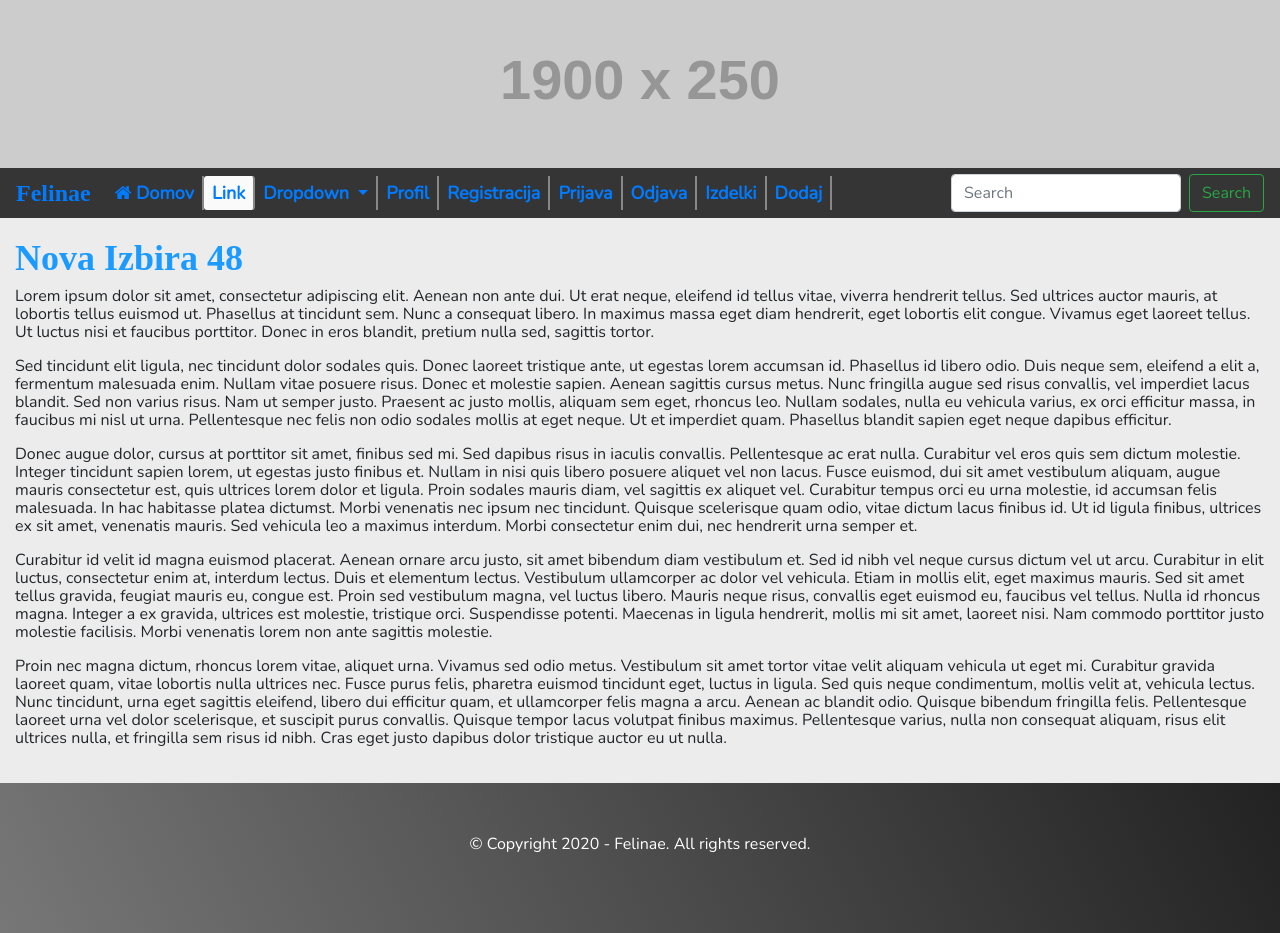
Repository: UrbyK/Felinae
Page: http://localhost/index.php?page=home
These files come from the project's save history. The page is drawn as it stood at one moment and after the next save; the edit follows.
The browser window is 1280 px wide. The pictures show the whole page.
Some web fonts or font styles are not loaded; a fallback is used. The page is run by PHP 8.4 with error messages shown; the project is at /var/www/html/.

Above is the page before, as saved 2020-08-29 18:28:52.

### index.php
<?php
    session_start();

    include './functions.php';

    $pdo = pdo_connect_mysql();

    $_GET   = filter_input_array(INPUT_GET, FILTER_SANITIZE_STRING);
    $_POST  = filter_input_array(INPUT_POST, FILTER_SANITIZE_STRING);

    $page = isset($_GET['page']) && file_exists($_GET['page']. '.php') ? $_GET['page'] : 'home';
    include $page . '.php';

    template_footer();

?>

### functions.php
<?php
    include './includes/dbh.inc.php';

    include_once('./includes/search-functions.php');
    include_once('./includes/picture-upload.inc.php');

    function template_header($title){
        include_once('./header.php');
    }

    function template_footer(){
        include_once('./footer.php');
    }


    function countries(){
        $pdo = pdo_connect_mysql();
        $stmt = $pdo->prepare("SELECT * FROM country");
        $stmt->execute();
        $result = $stmt->fetchAll(PDO::FETCH_ASSOC);
        return $result;
    }

    function slugify($string){
        return strtolower(trim(preg_replace('/[^A-Za-z0-9-]+/', '-', $string), '-'));
    }

    function get_image($product_id){
        $pdo = pdo_connect_mysql();
        $stmt = $pdo->prepare("SELECT * FROM product_image WHERE product_id = ?");
        $stmt->execute([$product_id]);
        $result = $stmt->fetchAll(PDO::FETCH_ASSOC);
        return $result;
    }

    function retail_price($product_id){
        $pdo = pdo_connect_mysql();
        $stmt = $pdo->prepare("SELECT * FROM product WHERE ID = ?");
        $stmt->execute([$product_id]);
        $product = $stmt->fetch();

        if($product['startsAt'] <= date('Y-m-d H:i:s') && date('Y-m-d H:i:s') <= $product['endsAt']){
            $retail_price = round($product['price']-($product['price']*($product['discount']/100)), 2);
        }
        else{
            $retail_price = $product['price'];
        }

        return $retail_price;

    }

?>

### includes/dbh.inc.php
<?php
    function pdo_connect_mysql(){
        /* credentials */
        $dbHost = 'localhost';
        $dbUser = 'root';
        $dbPass = '';
        $dbName = 'felinae';

        try{
            return new PDO('mysql:host=' . $dbHost . ';dbname=' . $dbName . ';charset=utf8', $dbUser, $dbPass);
        } catch (PDOException $exception) {
            // If there is an error with the connection, stop the script and display the error.
            die ('Failed to connect to database!'. $exception->getMessage());
        }
    }
?>

### includes/search-functions.php
<?php
    function get_city($pdo, $city, $postalCode, $country_id){

        $query = "SELECT * FROM city WHERE country_id = ? AND lower(city) LIKE lower(?) AND postalCode = ?";
        $stmt = $pdo->prepare($query);
        $stmt->execute([$country_id, $city, $postalCode]);
        return $stmt;
    }
?>

### includes/picture-upload.inc.php
<?php

    function image_upload($product_id, $url, $caption, $i){

        $pdo = pdo_connect_mysql();
        $target_dir = "./uploads/";
        $relative_dir = "./uploads/";

        $change_name = date("Y-m-d-h-i-s")."-".$product_id."-".basename($url);
        $change_name;
        $target_file = $target_dir . $change_name;
        $relative_file = $relative_dir . $change_name;

        $uploadOk = 1;
        $imageFileType = strtolower(pathinfo($target_file,PATHINFO_EXTENSION));

        if(isset($_POST["submit"])) {
            $check = getimagesize($_FILES["image"]["tmp_name"][$i]);
            if($check !== false) {
                //echo "File is an image - " . $check["mime"] . ".";
                $uploadOk = 1;
            } else {
                //echo "File is not an image.";
                $uploadOk = 0;
            }
        }

        if($imageFileType != "jpg" && $imageFileType != "png" && $imageFileType != "jpeg"
        && $imageFileType != "gif" ) {
            $uploadOk = 0;
        }

        if ($uploadOk == 1) {
            if (move_uploaded_file($_FILES["image"]["tmp_name"][$i], $target_file)) {
                //vse je ok, zapišem še v bazo
                $query = "INSERT INTO product_image(product_id, image, caption) VALUES (?,?,?)";
                $stmt = $pdo->prepare($query);
                $stmt->execute([$product_id, $relative_file, $caption]);
            }
        }
    }

?>

### home.php
<?=template_header('Home')?>
<div class="row">
    <h1>Nova Izbira 48</h1>
    <p>
    Lorem ipsum dolor sit amet, consectetur adipiscing elit. Aenean non ante dui. Ut erat neque, eleifend id tellus vitae, viverra hendrerit tellus. Sed ultrices auctor mauris, at lobortis tellus euismod ut. Phasellus at tincidunt sem. Nunc a consequat libero. In maximus massa eget diam hendrerit, eget lobortis elit congue. Vivamus eget laoreet tellus. Ut luctus nisi et faucibus porttitor. Donec in eros blandit, pretium nulla sed, sagittis tortor.
    </p>
    <p>
    Sed tincidunt elit ligula, nec tincidunt dolor sodales quis. Donec laoreet tristique ante, ut egestas lorem accumsan id. Phasellus id libero odio. Duis neque sem, eleifend a elit a, fermentum malesuada enim. Nullam vitae posuere risus. Donec et molestie sapien. Aenean sagittis cursus metus. Nunc fringilla augue sed risus convallis, vel imperdiet lacus blandit. Sed non varius risus. Nam ut semper justo. Praesent ac justo mollis, aliquam sem eget, rhoncus leo. Nullam sodales, nulla eu vehicula varius, ex orci efficitur massa, in faucibus mi nisl ut urna. Pellentesque nec felis non odio sodales mollis at eget neque. Ut et imperdiet quam. Phasellus blandit sapien eget neque dapibus efficitur.
    </p>
    <p>
    Donec augue dolor, cursus at porttitor sit amet, finibus sed mi. Sed dapibus risus in iaculis convallis. Pellentesque ac erat nulla. Curabitur vel eros quis sem dictum molestie. Integer tincidunt sapien lorem, ut egestas justo finibus et. Nullam in nisi quis libero posuere aliquet vel non lacus. Fusce euismod, dui sit amet vestibulum aliquam, augue mauris consectetur est, quis ultrices lorem dolor et ligula. Proin sodales mauris diam, vel sagittis ex aliquet vel. Curabitur tempus orci eu urna molestie, id accumsan felis malesuada. In hac habitasse platea dictumst. Morbi venenatis nec ipsum nec tincidunt. Quisque scelerisque quam odio, vitae dictum lacus finibus id. Ut id ligula finibus, ultrices ex sit amet, venenatis mauris. Sed vehicula leo a maximus interdum. Morbi consectetur enim dui, nec hendrerit urna semper et.
    </p>
    <p>
    Curabitur id velit id magna euismod placerat. Aenean ornare arcu justo, sit amet bibendum diam vestibulum et. Sed id nibh vel neque cursus dictum vel ut arcu. Curabitur in elit luctus, consectetur enim at, interdum lectus. Duis et elementum lectus. Vestibulum ullamcorper ac dolor vel vehicula. Etiam in mollis elit, eget maximus mauris. Sed sit amet tellus gravida, feugiat mauris eu, congue est. Proin sed vestibulum magna, vel luctus libero. Mauris neque risus, convallis eget euismod eu, faucibus vel tellus. Nulla id rhoncus magna. Integer a ex gravida, ultrices est molestie, tristique orci. Suspendisse potenti. Maecenas in ligula hendrerit, mollis mi sit amet, laoreet nisi. Nam commodo porttitor justo molestie facilisis. Morbi venenatis lorem non ante sagittis molestie.
    </p>
    <p>
    Proin nec magna dictum, rhoncus lorem vitae, aliquet urna. Vivamus sed odio metus. Vestibulum sit amet tortor vitae velit aliquam vehicula ut eget mi. Curabitur gravida laoreet quam, vitae lobortis nulla ultrices nec. Fusce purus felis, pharetra euismod tincidunt eget, luctus in ligula. Sed quis neque condimentum, mollis velit at, vehicula lectus. Nunc tincidunt, urna eget sagittis eleifend, libero dui efficitur quam, et ullamcorper felis magna a arcu. Aenean ac blandit odio. Quisque bibendum fringilla felis. Pellentesque laoreet urna vel dolor scelerisque, et suscipit purus convallis. Quisque tempor lacus volutpat finibus maximus. Pellentesque varius, nulla non consequat aliquam, risus elit ultrices nulla, et fringilla sem risus id nibh. Cras eget justo dapibus dolor tristique auctor eu ut nulla.
    </p>
</div>

<?=template_footer()?>

### header.php
<!DOCTYPE html>
<html>
    <head>
        <meta charset="utf-8" content="text/html"/>
        <meta name="viewport" content="width=device-width, intital-scale=1.0"/>

        <!-- JavaScript -->
        <script src="https://code.jquery.com/jquery-3.5.1.js" integrity="sha256-QWo7LDvxbWT2tbbQ97B53yJnYU3WhH/C8ycbRAkjPDc=" crossorigin="anonymous"></script>
        <!-- Boostrap -->
            <!-- CSS -->
        <link rel="stylesheet" href="https://stackpath.bootstrapcdn.com/bootstrap/4.5.0/css/bootstrap.min.css"
            integrity="sha384-9aIt2nRpC12Uk9gS9baDl411NQApFmC26EwAOH8WgZl5MYYxFfc+NcPb1dKGj7Sk" crossorigin="anonymous" />

            <!-- JavaScript -->
        <script src="https://stackpath.bootstrapcdn.com/bootstrap/4.5.0/js/bootstrap.bundle.min.js"
             integrity="sha384-1CmrxMRARb6aLqgBO7yyAxTOQE2AKb9GfXnEo760AUcUmFx3ibVJJAzGytlQcNXd" crossorigin="anonymous"></script>

        <!-- FONTAWESOME -->
        <link rel="stylesheet" href="https://stackpath.bootstrapcdn.com/font-awesome/4.7.0/css/font-awesome.min.css" integrity="sha384-wvfXpqpZZVQGK6TAh5PVlGOfQNHSoD2xbE+QkPxCAFlNEevoEH3Sl0sibVcOQVnN"
         crossorigin="anonymous">

         <script src="./js/active-menu.js" crossorigin="anonymous"></script>

         <!--CUSTOM CSS-->
         <link rel="stylesheet" href="./css/style.css">

        <title>Felinae</title>
    </head>

    <body>

        <header>
            <div class="banner"><img src="https://via.placeholder.com/1900x250" alt="banner"></div>
        </header>

       <!-- <nav class="navbar sticky-top navbar-expand-lg navbar-light bg-light ">-->
        <nav class="navbar sticky-top navbar-expand-lg">
            <a class="navbar-brand" href="#">Felinae</a>
            <button class="navbar-toggler ml-auto custom-toggler" type="button" data-toggle="collapse" data-target="#navbarSupportedContent" aria-controls="navbarSupportedContent" aria-expanded="false" aria-label="Toggle navigation">
                <span class="navbar-toggler-icon"></span>
            </button>

            <div class="collapse navbar-collapse" id="navbarSupportedContent">

                <ul class="navbar-nav mr-auto">
                    <li class="nav-item">
                        <a class="nav-link" href="./index.php"><i class="fa fa-home" aria-hidden="true"></i> Domov <span class="sr-only">(current)</span></a>
                    </li>
                    <li class="nav-item">
                        <a class="nav-link" href="./index.php?page=home">Link</a>
                    </li>
                    <li class="nav-item dropdown" >
                        <a class="nav-link dropdown-toggle" href="#" id="navbarDropdown" role="button" data-toggle="dropdown" aria-haspopup="true" aria-expanded="false">
                        Dropdown
                        </a>
                        <div class="dropdown-menu" aria-labelledby="navbarDropdown">
                        <a class="dropdown-item" href="#">Action</a>
                        <a class="dropdown-item" href="#">Another action</a>
                        <div class="dropdown-divider"></div>
                        <a class="dropdown-item" href="#">Something else here</a>
                        </div>
                    </li>

                    <li class="nav-item">
                        <a class="nav-link" href="./index.php?page=profile">Profil</a>
                    </li>
                    <li class="nav-item">
                        <a class="nav-link" href="./index.php?page=register-user">Registracija</a>
                    </li>
                    <li class="nav-item">
                        <a class="nav-link" href="./index.php?page=login">Prijava</a>
                    </li>
                    <li class="nav-item">
                        <a class="nav-link" href="./index.php?page=logout">Odjava</a>
                    </li>
                    <li class="nav-item">
                        <a class="nav-link" href="./index.php?page=products">Izdelki</a>
                    </li>
                    <li class="nav-item">
                        <a class="nav-link" href="./index.php?page=product-add">Dodaj</a>
                    </li>

                </ul>

                <form class="form-inline my-2 my-lg-0">
                    <input class="form-control mr-sm-2" type="search" placeholder="Search" aria-label="Search">
                    <button class="btn btn-outline-success my-2 my-sm-0" type="submit">Search</button>
                </form>

            </div>
        </nav>

    <div class="container-fluid">

### footer.php
    </div><!-- class="container-fluid" --->

        <footer class="page-footer font-small flow-footer" id="footer" role="contentinfo">
            <div class="footer-wrapper">
                <div class="container container-footer">
                    <div class="row">


                        <div class="col-12">


                            <p class="text-center">&copy; Copyright 2020 - Felinae.  All rights reserved.</p>

                        </div>

                    </div>
                </div>
            </div>
        </footer>





    </body>
</html>

### js/active-menu.js
$(function(){
    // this will get the full URL at the address bar
    var url = window.location.href;

    // passes on every "a" tag
    $(".navbar a").each(function() {
            // checks if its the same on the address bar
        if(url === (this.href)) {
            $(this).closest("li").addClass("active");
        }
    });
});

### css/style.css
@import url('http://fonts.googleapis.com/css?family=Oxygen+Mono');
@import url('https://fonts.googleapis.com/css?family=Damion|Neucha|Pacifico|Yellowtail&display=swap');
@import url('https://fonts.googleapis.com/css2?family=Crimson+Text&family=Nunito&family=Overlock&family=Source+Sans+Pro&display=swap');
@import url('https://fonts.googleapis.com/css2?family=Love+Ya+Like+A+Sister&display=swap');

*{
    text-decoration: none;
    list-style: none;
}

body{
    padding: 0;
    margin: 0 auto;
    font-size: 16px;
    line-height: 1.125em;
    height: 100%;
    min-height: 100%;
    font-family: 'Nunito', 'Source Sans Pro', sans-serif;
    background-color: #ececec;
}

h1, h2, h3, h4, h5, h6{
    font-family: 'Overlock', 'Crimson Text', cursive, serif;
    color: #1b9bff;
    font-weight: 550;
    line-height: 1.125em;
}

h1{
    font-size: 36px;
}
h2{
    font-size: 32px;
}
h3{
    font-size: 28px;
}
h4{
    font-size: 24px;
}
h5{
    font-size: 20px;
}
h6{
    font-size: 16px;
}

.container, .container-fluid{
  height: 100%;
  min-height: 100%;
}

/* BANNER */
.banner img{
    width: 100%;
    height: auto;
}

/*NAVBAR*/
.navbar{
    background-color: rgb(53,53,53);
    font-size: 18px;
    font-weight: 600;
    max-height: 50px;
}

.navbar-brand{
    font-size: 24px;
    font-family: 'Love Ya Like A Sister','Overlock';
    font-weight: 800;

}

.custom-toggler .navbar-toggler-icon {
    background-image: url("data:[embedded picture, 239 characters]");
  }

  .custom-toggler, .navbar-toggler {
    border-color: rgb(27, 155, 255);
    border-width: 2px;
  }

  .active{
    background-color: #FAFAFA;
    border-radius: 3px;
  }
.navbar-nav .nav-item{
    border-right: 2px solid #888;
}

/*=======FOOTER=========*/
footer {
  background: #535355;
  background: -webkit-linear-gradient(63deg, #777777, #222222);
  background: linear-gradient(63deg, #777777, #222222);
  color: white;
  height: 150px;
  position: relative;
  width: 100%;
}

footer a {
  color: #fefefe;
  font-size: 14px;
  transition-duration: 0.2s;
}

footer a:hover {
  color: #1b9bff;
  text-decoration: none;
}

.copy {
  font-size: 12px;
  padding: 10px;
  border-top: 1px solid #aaa;
}

.footer-wrapper {
  padding-top: 2em;
  color: white;
}



/*REGISTER/LOGIN FORM*/

.my-form .hint{
    font-size: 10px;
}

/*======PRODUCT ADD======*/
.form-group .col #charNum{
  float: right;
}

/*======== HOVERBOX ==============*/
/* displays text when you hover over the image */
.hvrbox,
.hvrbox * {
  box-sizing: border-box;
}

.hvrbox {
  position: relative;
  display: inline-block;
  overflow: hidden;

  height: 100%;
  width: auto;
  margin-top: 5%;
  padding-bottom: 10px;

  border-bottom: 1px dashed #aaa;
}

.hvrbox img {
  max-width: 100%;
  margin: auto;
}

.hvrbox .hvrbox-layer_bottom {
  display: block;
}

.hvrbox .hvrbox-layer_top {
  opacity: 0;
  position: absolute;
  top: 0;
  left: 0;
  right: 0;
  bottom: 0;
  width: 100%;
  height: 100%;
  background: rgba(0, 0, 0, 0.6);
  color: #fff;
  padding: 15px;
  -moz-transition: all 0.5s ease-in-out 0s;
  -webkit-transition: all 0.5s ease-in-out 0s;
  -ms-transition: all 0.5s ease-in-out 0s;
  transition: all 0.5s ease-in-out 0s;
}

.hvrbox:hover .hvrbox-layer_top,
.hvrbox.active .hvrbox-layer_top {
  opacity: 1;
  height: 100%;
}

.hvrbox .hvrbox-text {
  text-align: center;
  font-size: 17px;
  display: inline-block;
  position: absolute;
  top: 50%;
  left: 50%;
  -moz-transform: translate(-50%, -50%);
  -webkit-transform: translate(-50%, -50%);
  -ms-transform: translate(-50%, -50%);
  transform: translate(-50%, -50%);
}

.hvrbox .hvrbox-text_mobile {
  font-size: 15px;
  border-top: 1px solid rgb(179, 179, 179); /* for old browsers */
  border-top: 1px solid rgba(179, 179, 179, 0.7);
  margin-top: 5px;
  padding-top: 2px;
  display: none;
}

.hvrbox.active .hvrbox-text_mobile {
  display: block;
}

.hvrbox .hvrbox-layer_slideup {
  -moz-transform: translateY(100%);
  -webkit-transform: translateY(100%);
  -ms-transform: translateY(100%);
  transform: translateY(100%);
}

.hvrbox:hover .hvrbox-layer_slideup,
.hvrbox.active .hvrbox-layer_slideup {
  -moz-transform: translateY(0);
  -webkit-transform: translateY(0);
  -ms-transform: translateY(0);
  transform: translateY(0);
}

.hvrbox:hover .price{
  color: #fff;
  -moz-transition: color 0.8s ease 0s;
  -webkit-transition: color 0.8s ease 0s;
  -ms-transition: color 0.8s ease 0s;
  transition: color 0.8s ease 0s;
}

/*========PRODUCTS=========*/
.card-btn form input{
  max-width: 250px;
  width: 100%;
}

form input[type="number"] {
  width: 100%;
	padding: 10px;
	margin-bottom: 15px;
	border: 1px solid #aaa;
	color: #555555;
  border-radius: 5px;
  -moz-appearance: textfield;
}

form input[type="submit"] {
	background-color: #1b9bff;;
	border: 0;
	color: #FFFFFF;
	width: 100%;
	padding: 12px 0;
	text-transform: uppercase;
	font-size: 14px;
	font-weight: bold;
	border-radius: 5px;
  cursor: pointer;

}

form input[type="submit"]:hover {
	background-color: #1a5f94;;
}


.product-item {
  background-color: #fff;
  border: 1px solid black;
}

.product-name{
  font-size: 16px;
  /*padding-top: 15px;*/
  font-weight: bold;
  color: #1b9bff;
  font-family: 'Franklin Gothic Medium', 'Arial Narrow', Arial, sans-serif;
}

.product-name:hover{
color: #1a5f94;
}



/* THUMBNAIL FOR IMAGE PREVIEW ON PRODUCTS*/
.img-thumbnail{
  max-height: 100%;
  height: auto;
  width: auto;
}

.row{
  margin: 20px auto;
}


/* CARD */
.products-preview{
  max-height: 450px;
}

.products-preview-body{
  height: 200px;

}

.products-preview-body ul{
  list-style: none;
  padding: 0;
}
/*
.products-preview-body span {
  position: relative;
  display: block;
}*/

/*==products prices==*/
.card-btn{
  margin: 20px auto;
}

.price{
  font-weight: bold;
  font-size: 20px;
  color: #3f3f3f;
  }

.old-price{
  font-size: 20px;
  margin: 0 5px;
  font-weight: normal;
  color: #777;
}

.discount{
  font-size: 18px;
  color: #eee;
  font-weight: 900;
  border: 2px solid #009900;
  border-radius: 50%;
  background-color: #009900;
  margin: 3px;
  padding: 5px;
  float: right;
  text-decoration: none;
}

del, .old-price{
  text-decoration: line-through;
}

input[type=submit]:disabled{
  background-color: #346081;
}

.product-picture{
  display: flex;
  align-items: center;
  justify-content: center;
}

.product-picture img{
  align-items: center;
  justify-content: center;
  max-width: 100%;
  margin: auto;
  border: 2px solid #aaa;
  max-height: 650px;
  /*border-radius: 50px;*/
}



.product-info{
  margin: auto 0;
  padding-right: 5%;
  padding-bottom: 55px;
  background-color: #efefef;
}

.product-info h1 {
	font-size: 34px;
	font-weight: normal;
	margin: 0;
  padding: 20px 0 10px 0;
  color: #1b9bff;
  font-family:  'Franklin Gothic Medium', 'Arial Narrow', Arial, sans-serif;
}

.product-info .price {
	display: block;
	font-size: 22px;
}

.product-info form {
	display: flex;
	flex-flow: column;
  margin: 40px 0;
}

.product-info form input,
.card-btn form input{
  max-width: 250px;
  width: 100%;
}

.product-info form input[type="number"],
.card-btn form input[type="number"],
.cart form input[type="number"] {
  width: 100%;
	padding: 10px;
	margin-bottom: 15px;
	border: 1px solid #aaa;
	color: #555555;
  border-radius: 5px;
  -moz-appearance: textfield;
}

.product-info form input[type="submit"],
.card-btn form input[type="submit"] {
	background-color: #1b9bff;;
	border: 0;
	color: #FFFFFF;
	width: 100%;
	padding: 12px 0;
	text-transform: uppercase;
	font-size: 14px;
	font-weight: bold;
	border-radius: 5px;
  cursor: pointer;

}
.product-info form input[type="submit"]:hover,
.card-btn form input[type="submit"]:hover {
	background-color: #1a5f94;;
}
/*
.product-price .old-price{
  float: left;
}
*/
li .discount{
  float: none;
  text-decoration: none !important;
}

.product-price .retail-price{
  font-size: 38px;
  margin-top: 24px;
}

/*===CAROUSEL===*/
.carousel-control:hover{
  background-color: rgba(51, 51, 51, 0.5);
}

.carousel-inner {
  margin: auto 0;
}

.sales-date{
  margin-bottom: 10px;
  font-size: 18px;
  color: #009900;
}

.whitespace{
  white-space: pre-wrap;
}

.products-preview{
  margin: 5px auto;
}

.measurements{
  white-space: nowrap;
}

.measurements li{
  display: inline;
}


/*======FOOTER======*/

After the next save:
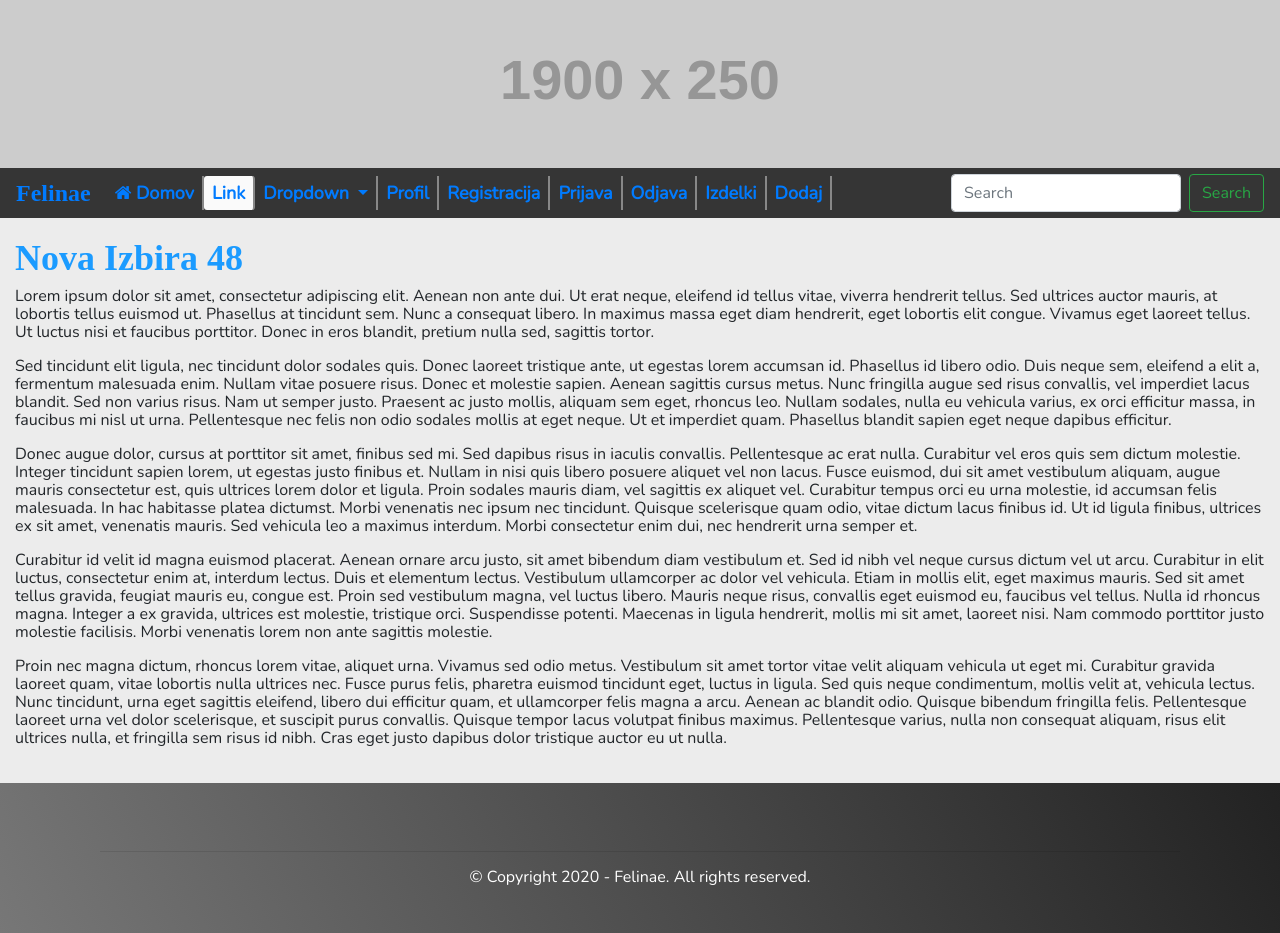
Saved 6 s later.
--- a/footer.php
+++ b/footer.php
@@ -7,8 +7,7 @@
 
 
                         <div class="col-12">
-
-
+                        <hr copy>
                             <p class="text-center">&copy; Copyright 2020 - Felinae.  All rights reserved.</p>
 
                         </div>
